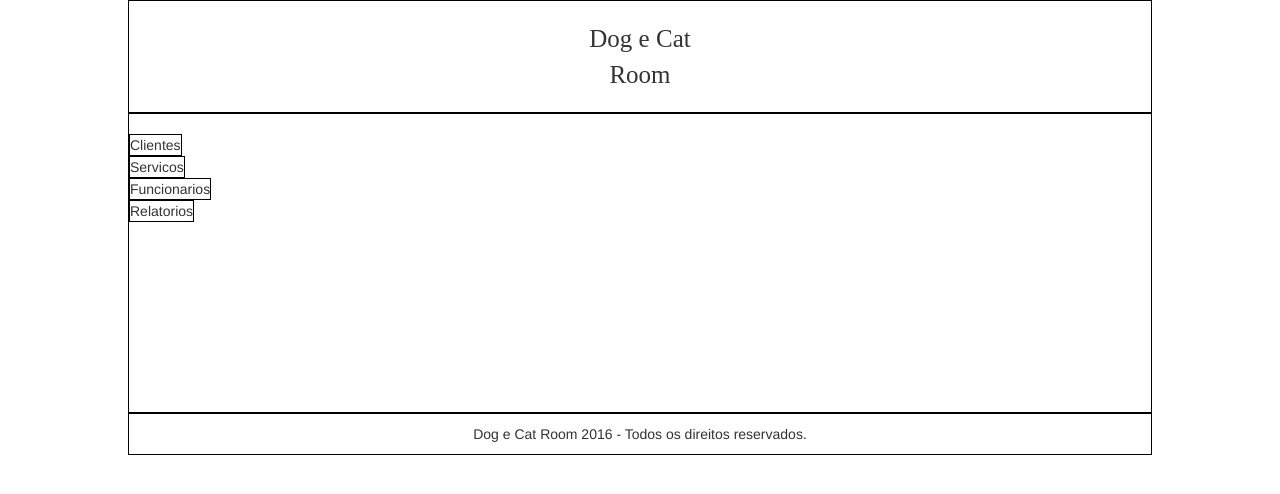
Repository: Natanzx/DogECatRoom
Page: http://localhost/DogECatRoom/principal.jsp
The author's editor kept a copy of each file at every save. The page is drawn from the files as they stood at one save, then again after the next save.
The browser window is 1280 px wide. The pictures show the whole page.
The page is served by Tomcat 9. Other server files are loaded and not shown.

Above is the page before, as saved 2016-05-15 20:01:33.

### DogECatRoom/WebContent/principal.jsp
<%@ page language="java" contentType="text/html; charset=ISO-8859-1"
    pageEncoding="ISO-8859-1"%>
<!DOCTYPE html PUBLIC "-//W3C//DTD HTML 4.01 Transitional//EN" "http://www.w3.org/TR/html4/loose.dtd">
<html>
<head>
<meta http-equiv="Content-Type" content="text/html; charset=ISO-8859-1">
<title>DogECatRoom</title>
<jsp:include page="/template/head.jsp" />
</head>
<body>
<div class="divMargin">

	<jsp:include page="/template/cabecalho_padrao.jsp" />

		<div class="content">

			<div class="divMenu">Clientes</div>
			<div class="divMenu">Servicos</div>
			<div class="divMenu">Funcionarios</div>
			<div class="divMenu">Relatorios</div>

		</div>

		<jsp:include page="/template/rodape_padrao.jsp" />
	</div>
</body>
</html>

### DogECatRoom/WebContent/template/head.jsp

	<meta http-equiv="Content-Type" content="text/html; charset=ISO-8859-1">
	<link rel="stylesheet" type="text/css"
		href="/DogECatRoom/bibliotecas/css/estilos.css">
	<link rel="stylesheet" type="text/css"
		href="/DogECatRoom/bibliotecas/css/bootstrap.css">

### DogECatRoom/WebContent/template/cabecalho_padrao.jsp
		<div class="divHead">
			Dog e Cat <br> Room
		</div>

### DogECatRoom/WebContent/template/rodape_padrao.jsp
		<div class="divRodape">
			Dog e Cat Room 2016 - Todos os direitos reservados.
		</div>

### DogECatRoom/WebContent/bibliotecas/css/estilos.css
@CHARSET "ISO-8859-1";

.divMargin{
	width				: 80%;
	margin				: auto;

}
.divHead{
	text-align			: center;
	font-size			: 25px;
	font-family			: Century Gothic;
	border				: 1px solid black;
	padding				: 20px 0px;
}

.divRodape{
	text-align			: center;
	padding				: 10px 0px;
	border				: 1px solid black;
}

.content{
	min-height			: 300px;
	padding 			: 20px 0px;
	border				: 1px solid black;
}

.divMenu{
	border				: 1px solid black;
	display				: table;
}

Loaded but not shown: DogECatRoom/WebContent/bibliotecas/css/bootstrap.css (library)

After the next save:
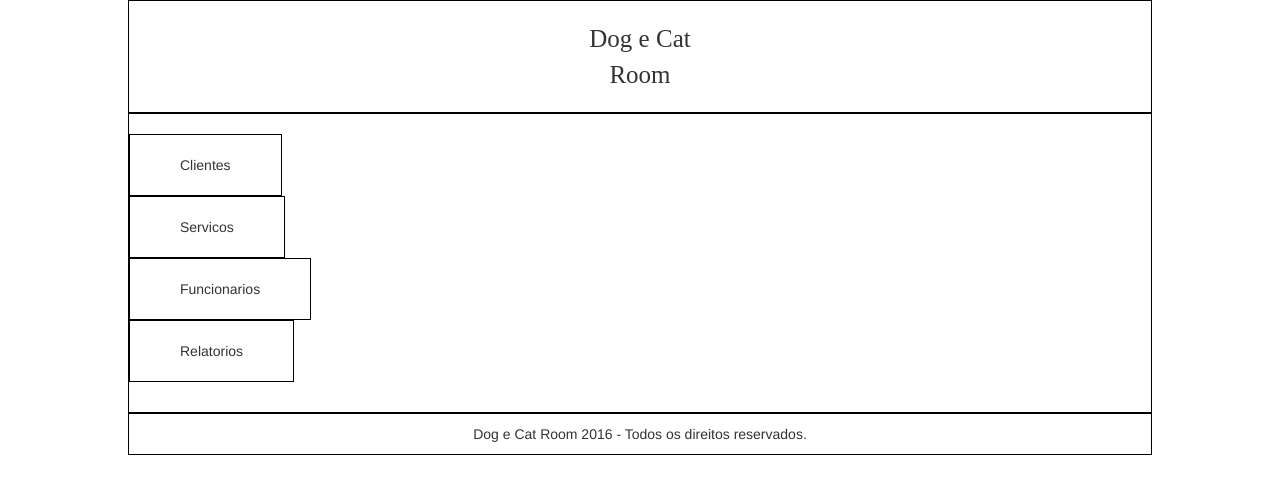
Saved 11 s later.
--- a/DogECatRoom/WebContent/bibliotecas/css/estilos.css
+++ b/DogECatRoom/WebContent/bibliotecas/css/estilos.css
@@ -28,4 +28,5 @@
 .divMenu{
 	border				: 1px solid black;
 	display				: table;
+	padding				: 20px 50px;
 }
